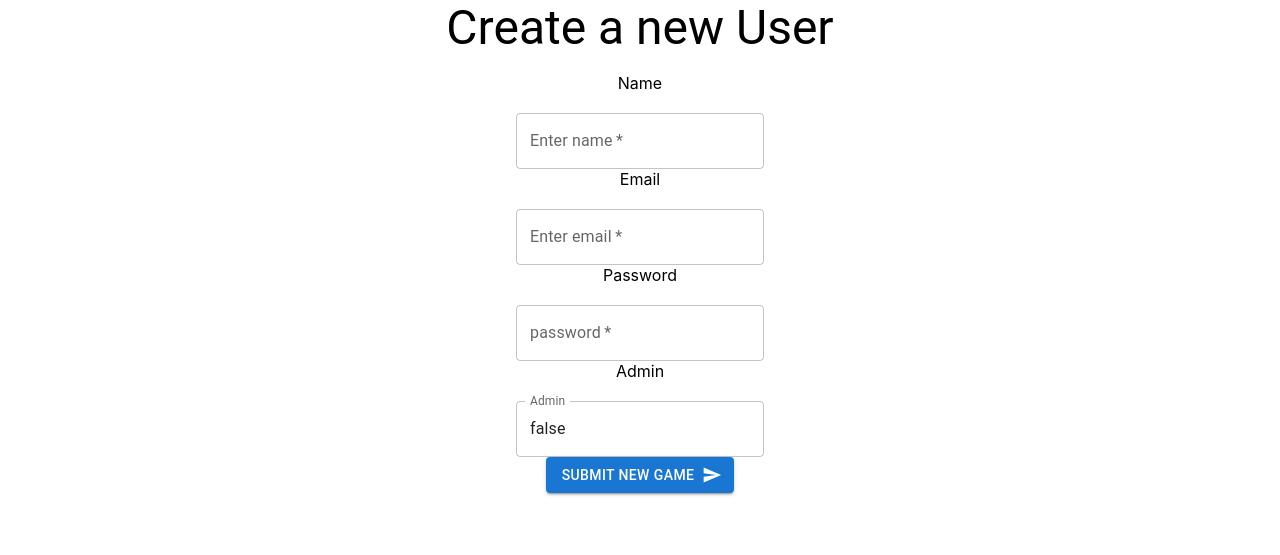
Repository: nj10deadend/RESTAPI-node-with-mongoDB
Page: / (app in client/frontend/)
These files come from the project's save history. The page is drawn as it stood at one moment and after the next save; the edit follows.
The browser window is 1280 px wide. The pictures show the whole page.
The project was rebuilt for these pictures with package versions that can differ from the ones it lists, and the page was loaded fresh each time.

Above is the page before, as saved 2021-12-31 13:08:19.

### client/frontend/src/index.css
body {
  margin: 0;
  font-family: -apple-system, BlinkMacSystemFont, 'Segoe UI', 'Roboto', 'Oxygen',
    'Ubuntu', 'Cantarell', 'Fira Sans', 'Droid Sans', 'Helvetica Neue',
    sans-serif;
  -webkit-font-smoothing: antialiased;
  -moz-osx-font-smoothing: grayscale;
}

code {
  font-family: source-code-pro, Menlo, Monaco, Consolas, 'Courier New',
    monospace;
}

.signup {
  border-color: lightblue;
  /* border-style: outset; */
}

### client/frontend/src/App.js
import './App.css';
import { BrowserRouter } from 'react-router-dom';
import { Routes, Route } from 'react-router-dom';
import axios from 'axios';
import Signup from './components/Signup';

function App() {
  return (
    <div className="App">
      <BrowserRouter>
        <Routes>
          <Route path="*" element={<Signup />} />
        </Routes>

      </BrowserRouter>
    </div>
  );
}

export default App;

### client/frontend/src/components/Signup.js
import {useState} from 'react';
import { useNavigate } from 'react-router-dom';
import Button from '@mui/material/Button';
// import SendIcon from '@mui/icons-material/Send';
import SendIcon from '@material-ui/icons/Send';
import TextField from '@mui/material/TextField';
import Typography from '@mui/material/Typography';
import Box from '@mui/material/Box';
import axios from 'axios';

function Signup () {

    const [name, setName] = useState("");
    const [email, setEmail] = useState("");
    const [password, setPassword] = useState("");
    const [admin, setAdmin] = useState(false);

    async function postRequest() {
        return await axios.post('http://localhost:8080/allGames', {
            name: name,
            password: password,
            email: email,
            admin: admin
        })
        .then(function (response) {
            console.log(response);
            return response.data;
        })
        .catch(function (error) {
            console.log(error);
            return null;
        });
    }

    async function onSubmit(event) {
        event.preventDefault();
        setName("");
        setPassword("");
        setEmail("");
    }

    return (
        <Box className="signup">
            <Typography variant="h3" component="h2" gutterBottom>Create a new User</Typography>
            <form>
                <Box>
                    <label for="name">Name</label>
                    <br></br>
                    <br></br>
                    <TextField required id="outlined-basic1" label="Enter name"
                    variant="outlined"
                    onChange={(event) => {setName(event.target.value)}}
                    value = {name}
                    />

                </Box>
                <Box>
                    <label for="email">Email</label>
                    <br></br>
                    <br></br>
                    <TextField required id="outlined-basic2" label="Enter email"
                    variant="outlined"
                    onChange={(event) => {setEmail(event.target.value)}}
                    value = {email}
                    />

                </Box>
                <Box>
                    <label for="password">Password</label>
                    <br></br>
                    <br></br>
                    <TextField required id="outlined-password-input" label="password" type="password"
                    variant="outlined"
                    onChange={(event) => {setPassword(event.target.value)}}
                    value = {password}
                    />
                </Box>

                <Box>
                    <label for="admin">Admin</label>
                    <br></br>
                    <br></br>
                    <TextField id="outlined-read-only-input" label="Admin"
                    defaultValue= {false}
                    InputProps={{
                      readOnly: true,
                    }}
                    value = {admin}
                    />
                </Box>
                <Button variant="contained" endIcon={<SendIcon />} type="submit">Submit new Game</Button>
            </form>

        </Box>
    )
}

export default Signup;

Loaded but not shown: client/frontend/public/index.html (common file); client/frontend/src/index.js (common file); client/frontend/src/reportWebVitals.js (common file); client/frontend/src/App.css (common file)

After the next save:
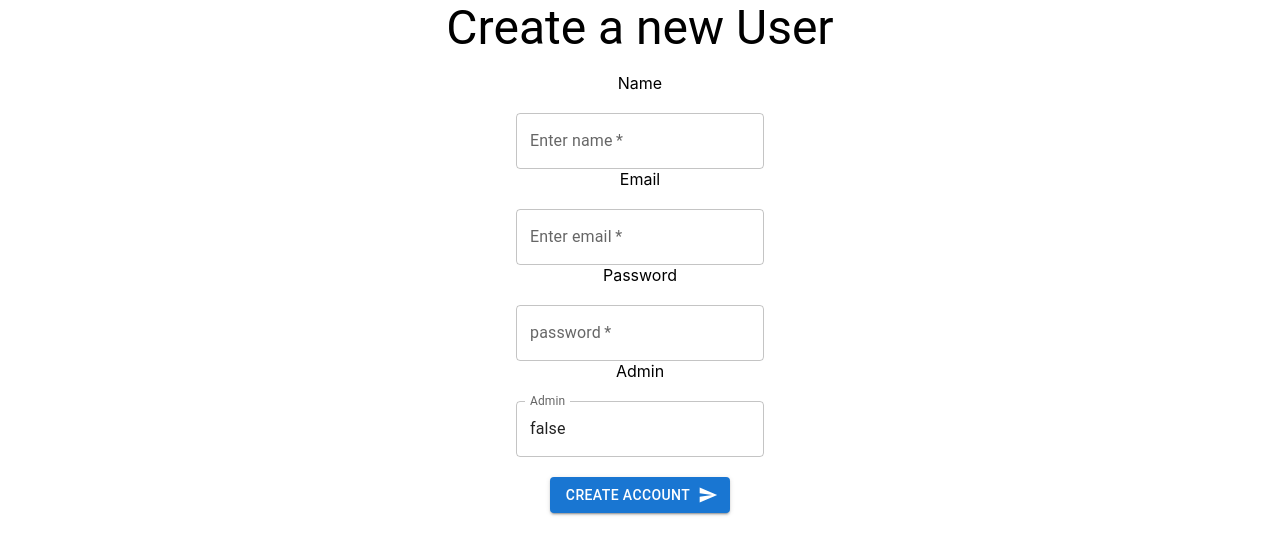
Saved 30 s later.
--- a/client/frontend/src/components/Signup.js
+++ b/client/frontend/src/components/Signup.js
@@ -88,7 +88,8 @@ function Signup () {
                     value = {admin}
                     />
                 </Box>
-                <Button variant="contained" endIcon={<SendIcon />} type="submit">Submit new Game</Button>
+                <br></br>
+                <Button variant="contained" endIcon={<SendIcon />} type="submit">Create account</Button>
             </form>
 
         </Box>
